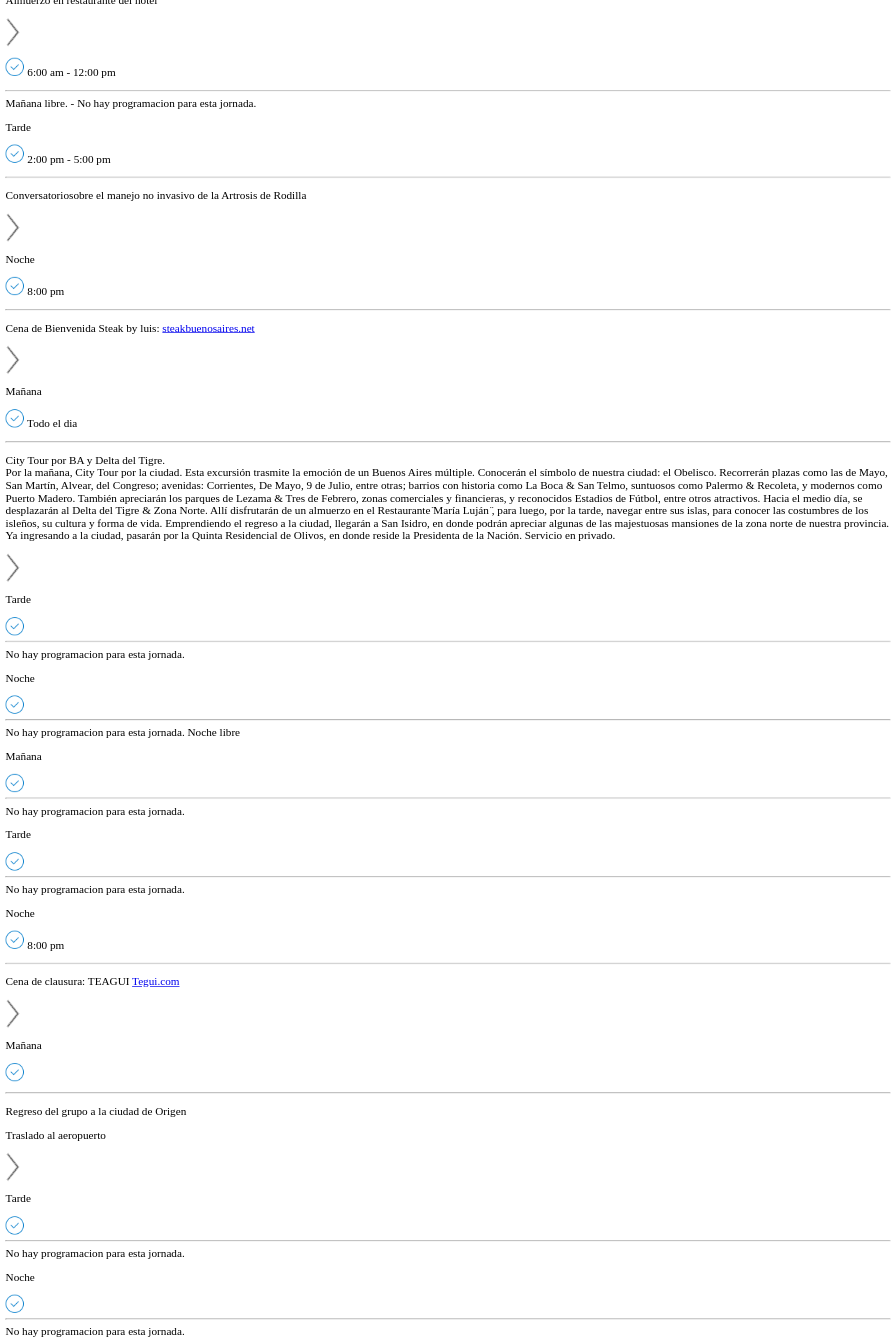
Repository: pacoigloo/Anexia
Page: agenda.html
The author's editor kept a record of every edit. The page is drawn from the files as they stood at one moment, then again after the next edit.
The browser window is 1280 px wide. The pictures show the part of the page from y = 691 to 2611 px (the page is 2611 px tall before and 2577 px after), at 70% of full size.

Above is the page before.

After the next edit:
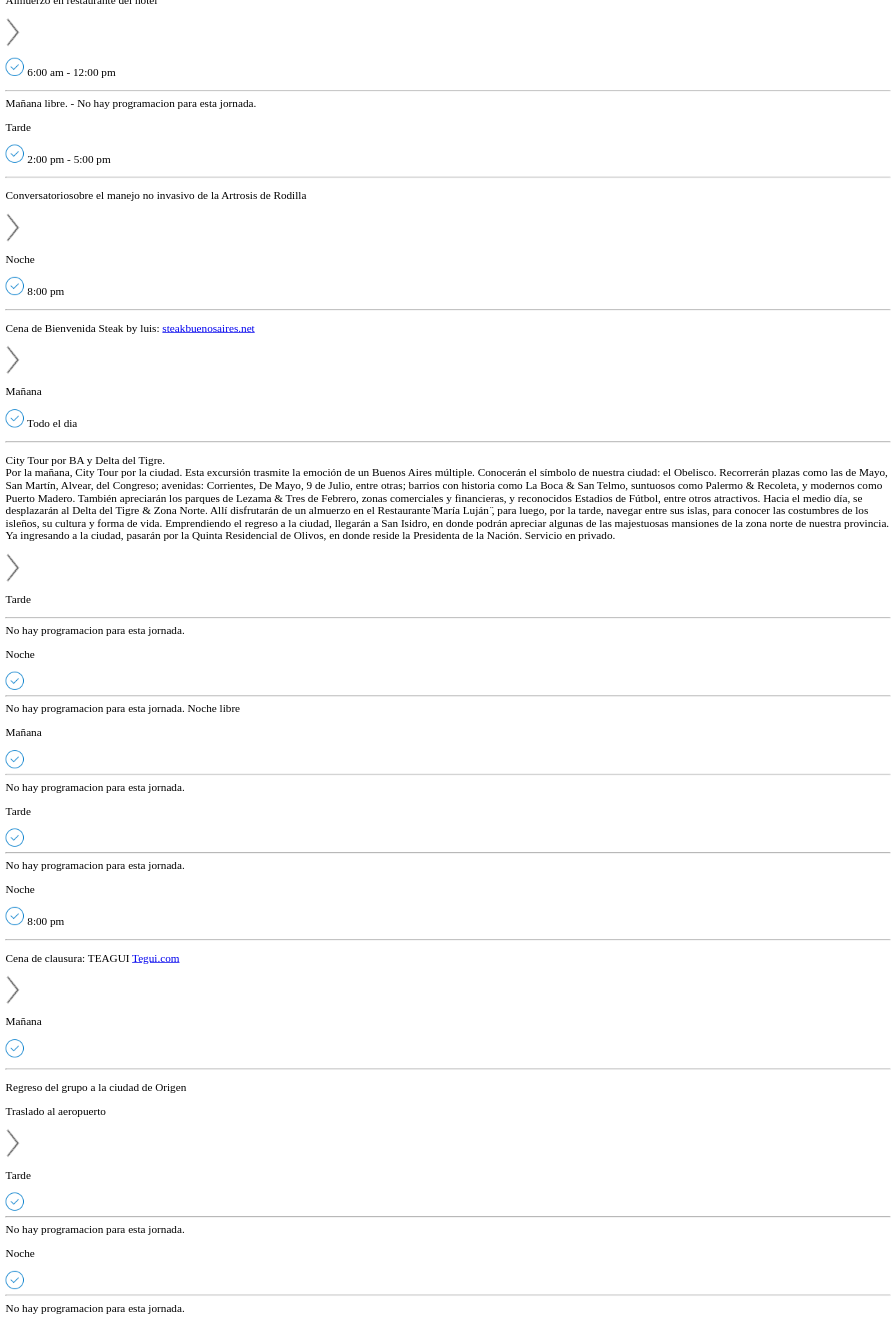
The edit:
--- a/agenda.html
+++ b/agenda.html
@@ -100,8 +100,7 @@
             <p>
                 Tarde
             </p>
-            <div id="contenT">
-                <img src="img/check.png"></img><hr>
+            <div id="contenT"><hr>
                 No hay programacion para esta jornada.
             </div>
         </div>
